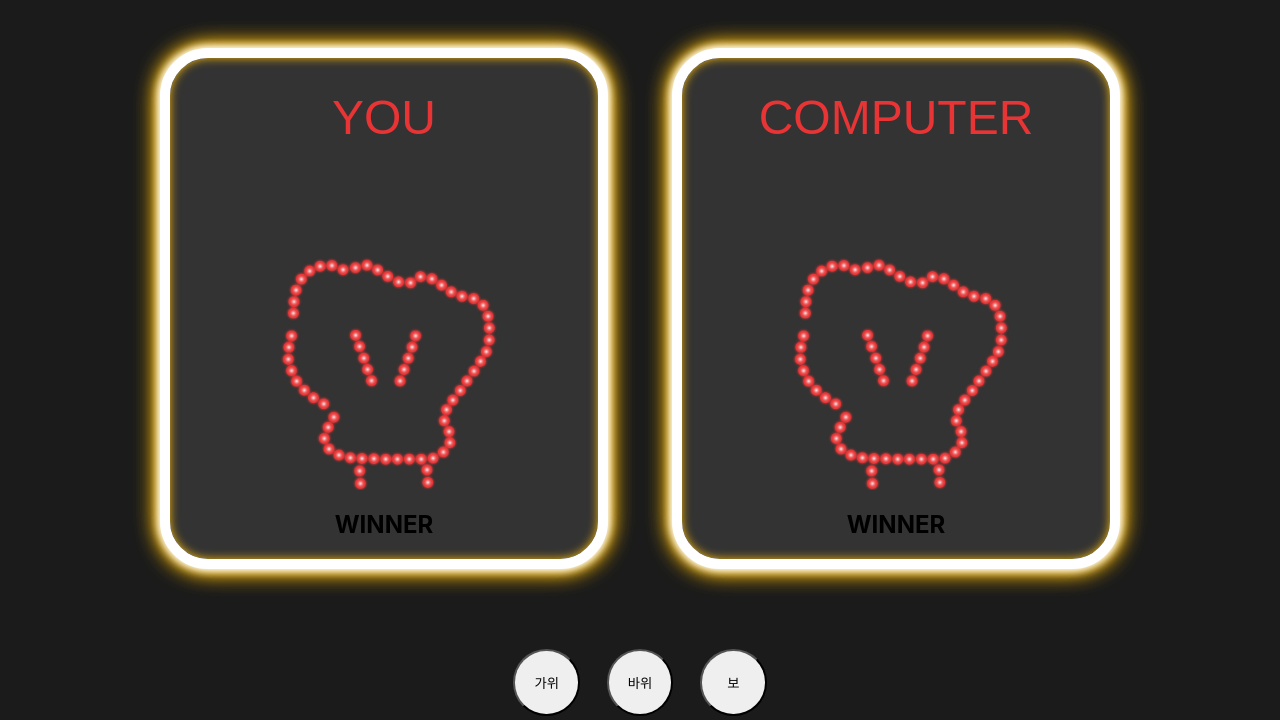
Repository: KIMMIHYE12/classComponent
Page: /
The author's editor kept a copy of each file at every save. The page is drawn from the files as they stood at one save, then again after the next save.
The browser window is 1280 px wide. The pictures show the whole page.
Some web fonts or font styles are not loaded; a fallback is used. The project was rebuilt for these pictures with package versions that can differ from the ones it lists, and the page was loaded fresh each time.

Above is the page before, as saved 2024-03-18 21:56:36.

### src/App.js
import "./App.css";
import { Box } from "./component/Box";

function App() {
  return (
    <div className='content'>
      <div className='game_screen'>
        <Box title='YOU' />
        <Box title='COMPUTER' />
      </div>
      <div className='btn_wrap'>
        <button className='scissor'>가위</button>
        <button className='rock'>바위</button>
        <button className='paper'>보</button>
      </div>
    </div>
  );
}

export default App;

### src/App.css
@import url("https://use.typekit.net/ebb2deg.css");

* {
  box-sizing: border-box;
}

.content {
  height: 100vh;
  padding: 3em 0;
  background-color: #1b1b1b;
}

.game_screen {
  width: 100%;
  display: flex;
  justify-content: center;
}

.box {
  width: 35%;
  display: flex;
  flex-direction: column;
  align-items: center;
  margin: 0 2em;
  border: 10px solid #fff;
  background: #333;
  border-radius: 3rem;
  box-shadow: 0 0 10px #fff, 0 0 10px #fff, 0 0 24px #f5b70c, 0 0 16px #f5b70c,
    0 0 24px #f5b70c, inset 0 0 10px #f5b70c;
}

h1 {
  font-size: 3em;
  color: #e83435;
  font-family: "gloridot", sans-serif;
  font-weight: 400;
  font-style: normal;
}

img {
  width: 70%;
}

.btn_wrap {
  margin-top: 5em;
  display: flex;
  justify-content: center;
}

.btn_wrap button {
  width: 5em;
  height: 5em;
  margin: 0 1em;
  border-radius: 50%;
}

### src/component/Box.js
import React from "react";

export const Box = (props) => {
  console.log(props);
  return (
    <div className='box'>
      <h1>{props.title}</h1>
      <img src='/images/rock.png' alt='바위' />
      <h2>WINNER</h2>
    </div>
  );
};

Loaded but not shown: public/index.html (common file); src/index.js (common file); src/index.css (common file); src/reportWebVitals.js (common file)

After the next save:
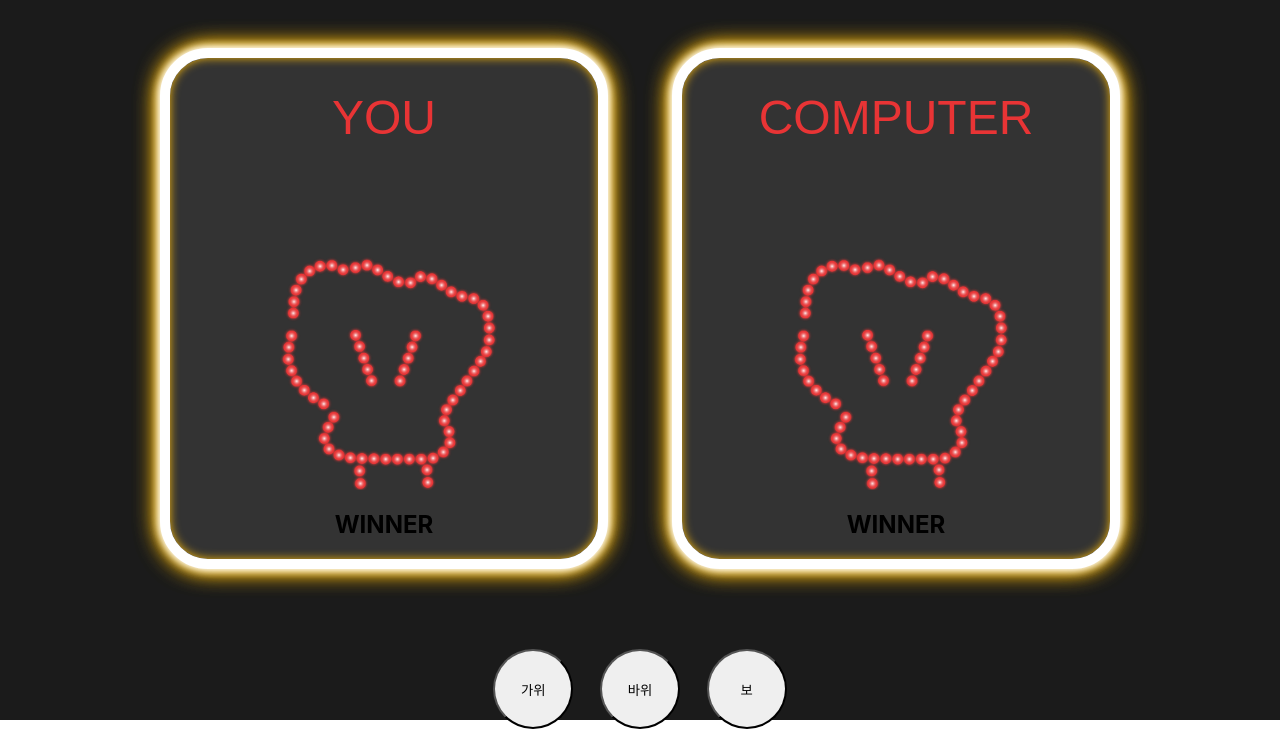
Saved 8 s later.
--- a/src/App.css
+++ b/src/App.css
@@ -48,8 +48,8 @@ img {
 }
 
 .btn_wrap button {
-  width: 5em;
-  height: 5em;
+  width: 6em;
+  height: 6em;
   margin: 0 1em;
   border-radius: 50%;
 }
